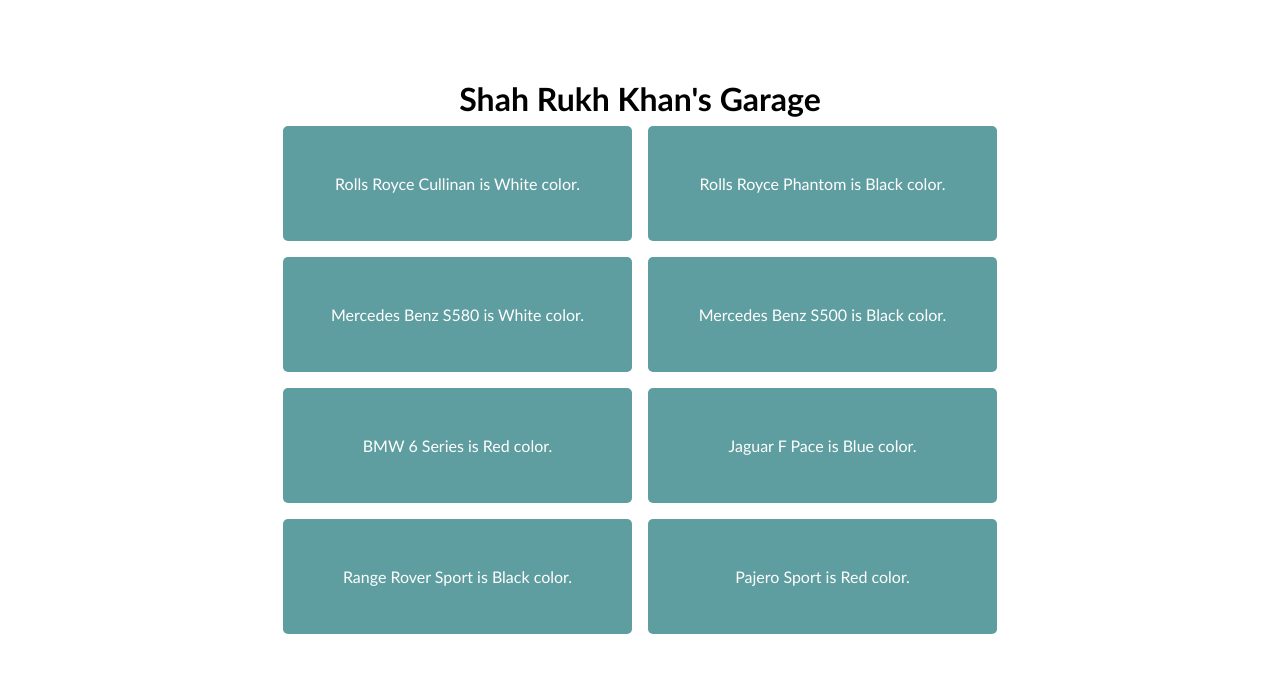
Repository: PrashantPanjwani/JSProjects
Page: P-Project2/index.html
These files come from the project's save history. The page is drawn as it stood at one moment and after the next save; the edit follows.
The browser window is 1280 px wide. The pictures show the whole page.

Above is the page before, as saved 2024-06-03 20:31:18.

After the next save:
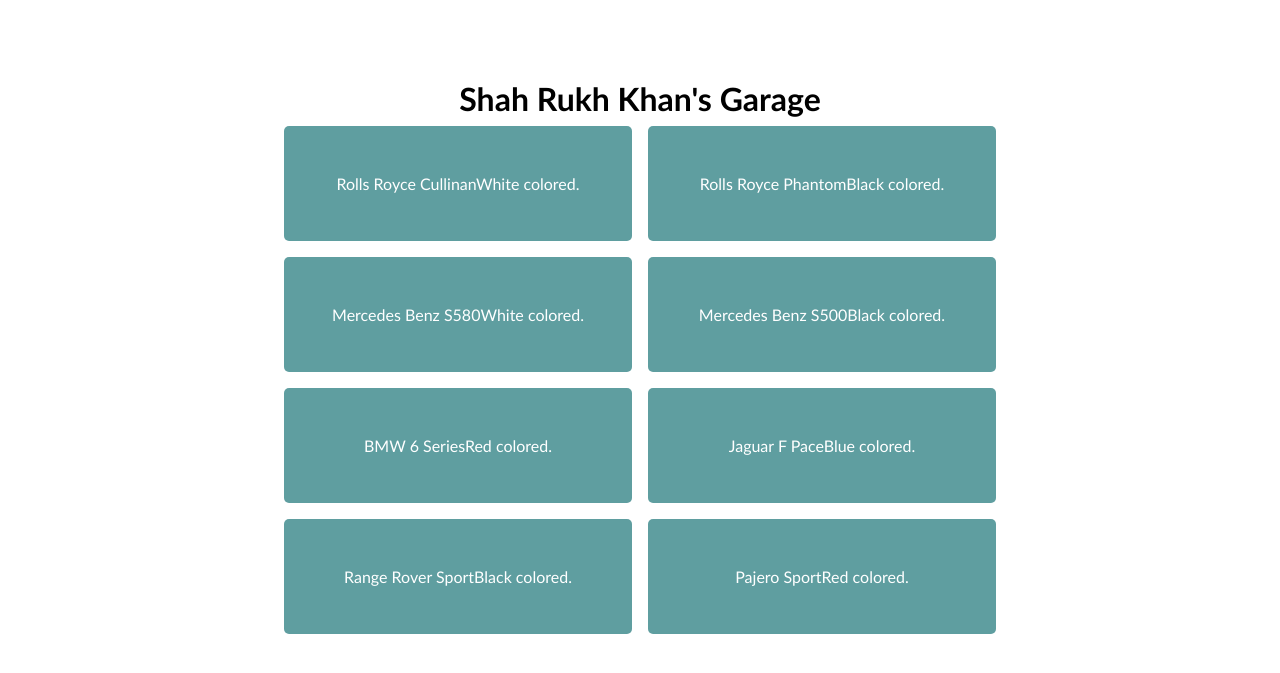
Saved 36 s later.
--- a/P-Project2/app.js
+++ b/P-Project2/app.js
@@ -37,7 +37,7 @@
 const info = document.querySelector('#info');
 
 let details = data.map(function(item){
-    return '<div>' + item.name + ' is ' + item.color + ' color.' + '</div>';
+    return '<div>' + item.name + item.color + ' colored.' + '</div>';
 
 });
 info.innerHTML = details.join('\n');
